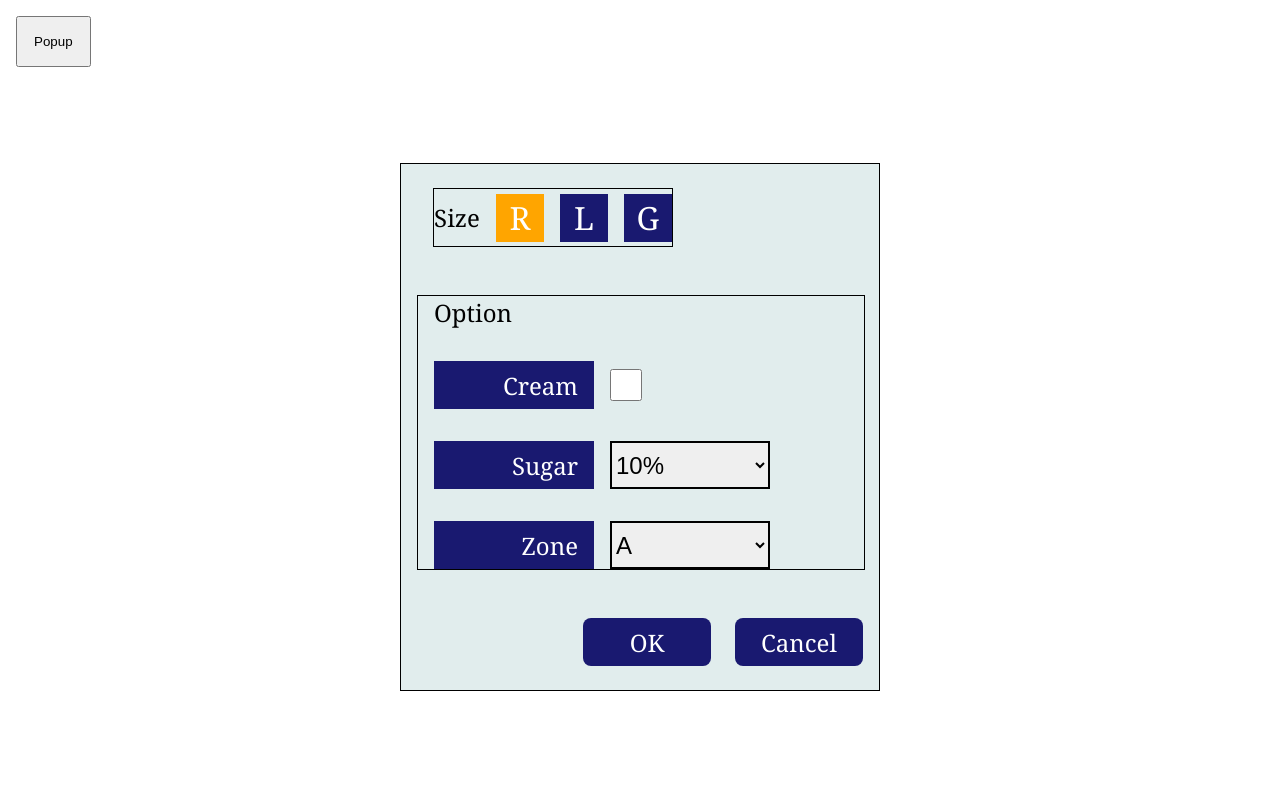
Repository: Dapravith/Midterm-SE-GIC-Cafe-Project-Group16
Page: src/main/resources/templates/PopupDrink.html
The author's editor kept a copy of each file at every save. The page is drawn from the files as they stood at one save, then again after the next save.
The browser window is 1280 px wide. The pictures show the whole page.
The pointer rests on the first visible `.main_wrapper .wrapper_box .size_box .box`.
Some web fonts or font styles are not loaded; a fallback is used.

Above is the page before, as saved 2023-05-12 14:57:11.

### src/main/resources/templates/PopupDrink.html
<!DOCTYPE html>
<html lang="en">
  <head>
    <meta charset="UTF-8" />
    <meta http-equiv="X-UA-Compatible" content="IE=edge" />
    <meta name="viewport" content="width=device-width, initial-scale=1.0" />
    <title>Popup Drink</title>
    <style>
      @import url("https://fonts.googleapis.com/css2?family=Georgia:wght@300&display=swap");
      * {
        margin: 0;
        padding: 0;
        box-sizing: border-box;
      }

      body {
        font-family: "Georgia", serif;
      }

      button {
        padding: 1rem;
        margin: 1rem 0 0 1rem;
      }

      .main_wrapper {
        height: 100vh;
        display: flex;
        justify-content: center;
        align-items: center;
      }
      .main_wrapper .wrapper_box {
        width: 30rem;
        height: 33rem;
        border: 1px solid black;
        display: flex;
        justify-content: flex-start;
        flex-direction: column;
        background-color: rgb(225, 237, 237);
      }
      .main_wrapper .wrapper_box .size_box {
        width: 15rem;
        height: 8rem;
        margin-top: 1.5rem;
        display: flex;
        justify-content: center;
        align-items: center;
        gap: 1rem;
        border: 1px solid black;
        margin-left: 2rem;
      }
      .main_wrapper .wrapper_box .size_box .size_text {
        font-size: 1.5rem;
      }
      .main_wrapper .wrapper_box .size_box .box {
        width: 3rem;
        height: 3rem;
        background-color: rgb(25, 25, 112);
        display: flex;
        justify-content: center;
        align-items: center;
        font-size: 2rem;
        color: white;
      }
      .main_wrapper .wrapper_box .size_box .box:hover {
        background-color: orange;
      }
      .main_wrapper .wrapper_box .option_box {
        width: 28rem;
        font-size: 1.5rem;
        border: 1px solid black;
        margin-left: 1rem;
        margin-top: 3rem;
        display: flex;
        justify-content: center;
        flex-direction: column;
      }
      .main_wrapper .wrapper_box .option_box .option_text {
        font-size: 1.5rem;
        margin-left: 1rem;
      }
      .main_wrapper .wrapper_box .option_box .box_ {
        width: 10rem;
        height: 3rem;
        background-color: rgb(25, 25, 112);
        color: white;
        display: flex;
        justify-content: flex-end;
        align-items: center;
      }
      .main_wrapper .wrapper_box .option_box .box_ span {
        margin-right: 1rem;
      }
      .main_wrapper .wrapper_box .option_box .row1 {
        margin-left: 1rem;
        display: flex;
        gap: 1rem;
        margin-top: 2rem;
        align-items: center;
      }
      .main_wrapper .wrapper_box .option_box .row1 input {
        width: 2rem;
        height: 3rem;
        border: 2px solid black;
        display: flex;
        align-items: center;
      }
      .main_wrapper .wrapper_box .option_box .row2 {
        display: flex;
        gap: 1rem;
        margin-top: 2rem;
        align-items: center;
        margin-left: 1rem;
      }
      .main_wrapper .wrapper_box .option_box .row2 select {
        width: 10rem;
        height: 3rem;
        border: 2px solid black;
        display: flex;
        justify-content: center;
        align-items: center;
        font-size: 1.5rem;
      }
      .main_wrapper .wrapper_box .option_box .row3 {
        display: flex;
        gap: 1rem;
        margin-top: 2rem;
        align-items: center;
        margin-left: 1rem;
      }
      .main_wrapper .wrapper_box .option_box .row3 select {
        width: 10rem;
        height: 3rem;
        border: 2px solid black;
        display: flex;
        justify-content: center;
        align-items: center;
        font-size: 1.5rem;
      }
      .main_wrapper .wrapper_box .button {
        display: flex;
        justify-content: flex-end;
        gap: 1.5rem;
        margin-top: 3rem;
        margin-right: 1rem;
        margin-bottom: 1.5rem;
      }
      .main_wrapper .wrapper_box .button .ok_button {
        width: 8rem;
        height: 3rem;
        font-size: 1.5rem;
        color: white;
        background-color: rgb(25, 25, 112);
        display: flex;
        justify-content: center;
        align-items: center;
        border-radius: 8px;
        transition: 1s;
      }
      .main_wrapper .wrapper_box .button .ok_button:hover {
        transform: scale(1.1);
        color: yellow;
      }
      .main_wrapper .wrapper_box .button .cancel_button {
        width: 8rem;
        height: 3rem;
        font-size: 1.5rem;
        color: white;
        background-color: rgb(25, 25, 112);
        display: flex;
        justify-content: center;
        align-items: center;
        border-radius: 8px;
        transition: 1s;
      }
      .main_wrapper .wrapper_box .button .cancel_button:hover {
        transform: scale(1.1);
        color: yellow;
      }
    </style>
  </head>
  <body>
    <button>Popup</button>
    <div class="main_wrapper">
      <div class="wrapper_box">
        <div class="size_box">
          <div class="size_text">
            <span>Size</span>
          </div>
          <div class="box R">
            <span>R</span>
          </div>
          <div class="box L">
            <span>L</span>
          </div>
          <div class="box G">
            <span>G</span>
          </div>
        </div>
        <div class="option_box">
          <div class="option_text">
            <span>Option</span>
          </div>
          <div class="row1">
            <div class="box_ cream">
              <span>Cream</span>
            </div>
            <div class="box_tick">
              <input type="checkbox" />
            </div>
          </div>
          <div class="row2">
            <div class="box_ sugar">
              <span>Sugar</span>
            </div>
            <select name="sugar" id="">
              <option value="">10%</option>
              <option value="">20%</option>
              <option value="">30%</option>
              <option value="">40%</option>
              <option value="">50%</option>
              <option value="">60%</option>
              <option value="">70%</option>
              <option value="">80%</option>
              <option value="">90%</option>
              <option value="">100%</option>
            </select>
          </div>
          <div class="row3">
            <div class="box_ zone">
              <span>Zone</span>
            </div>
            <select name="Zone" id="">
              <option value="">A</option>
              <option value="">B</option>
              <option value="">C</option>
              <option value="">D</option>
              <option value="">E</option>
              <option value="">F</option>
            </select>
          </div>
        </div>
        <div class="button">
          <div class="ok_button">
            <span>OK</span>
          </div>
          <div class="cancel_button">
            <span>Cancel</span>
          </div>
        </div>
      </div>
    </div>
  </body>
</html>

After the next save:
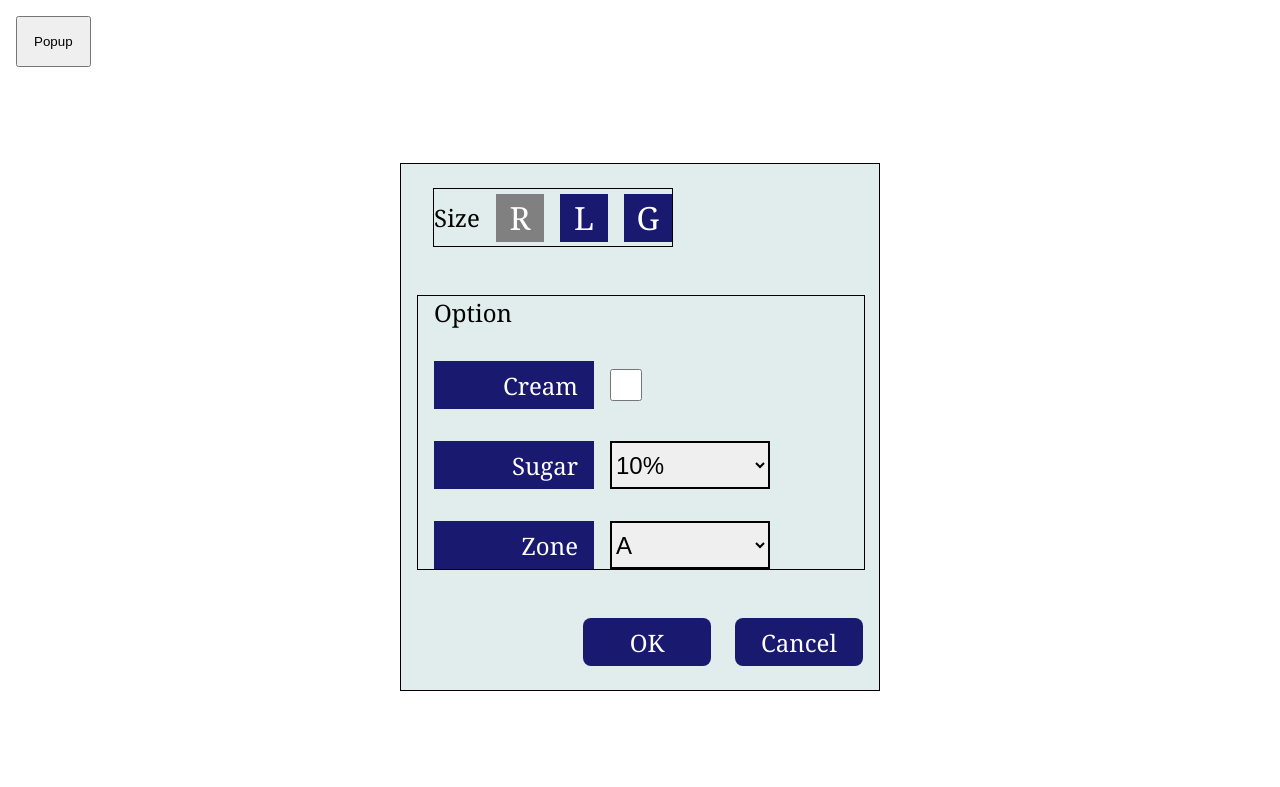
Saved 33 s later.
--- a/src/main/resources/templates/PopupDrink.html
+++ b/src/main/resources/templates/PopupDrink.html
@@ -62,7 +62,7 @@
         color: white;
       }
       .main_wrapper .wrapper_box .size_box .box:hover {
-        background-color: orange;
+        background-color: gray;
       }
       .main_wrapper .wrapper_box .option_box {
         width: 28rem;
